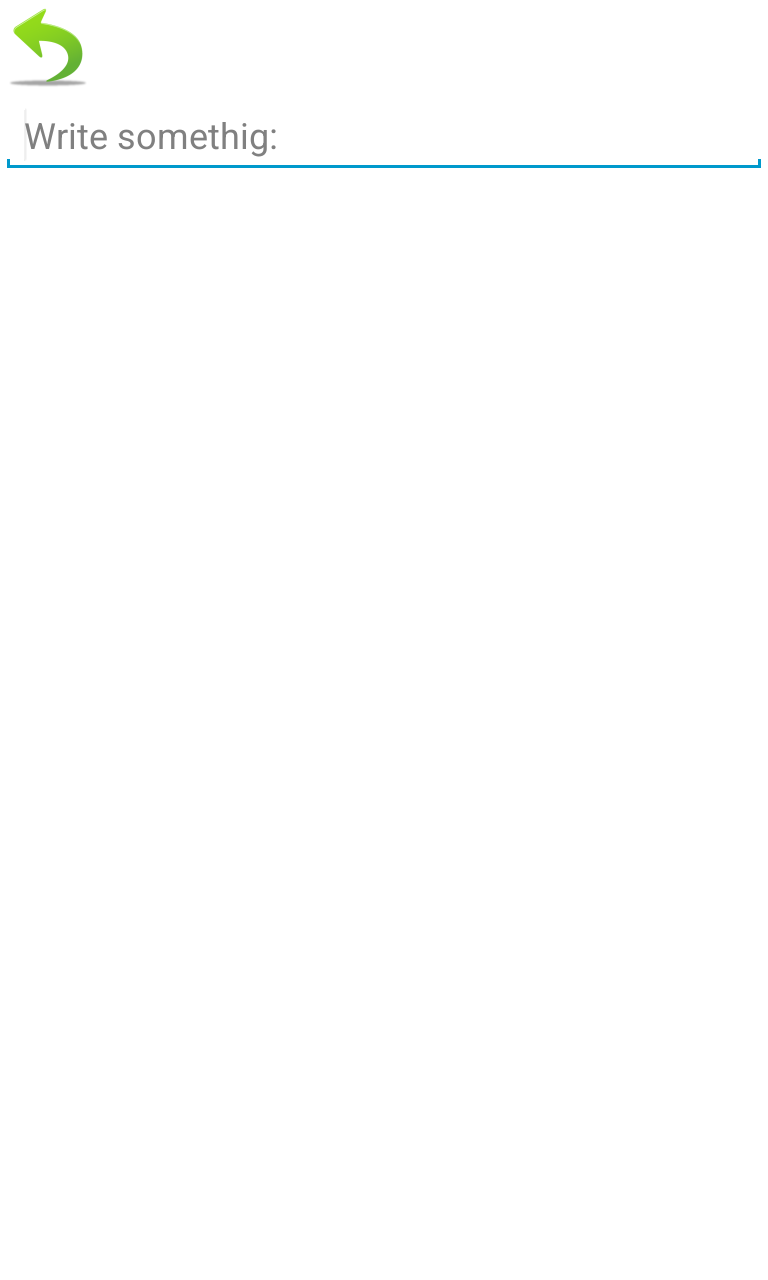
Repository: gabr/workspace
Layout: PierwszaAplikacja/res/layout/edit_text.xml
These files come from the project's save history. The layout is drawn as it stood at one moment and after the next save; the edit follows.
It is drawn on a 768 x 1280 px phone screen (xhdpi) without system bars, with theme AppTheme; the app's code is not run.

Above is the layout before, as saved 2013-01-01 10:14:13.

After the next save:
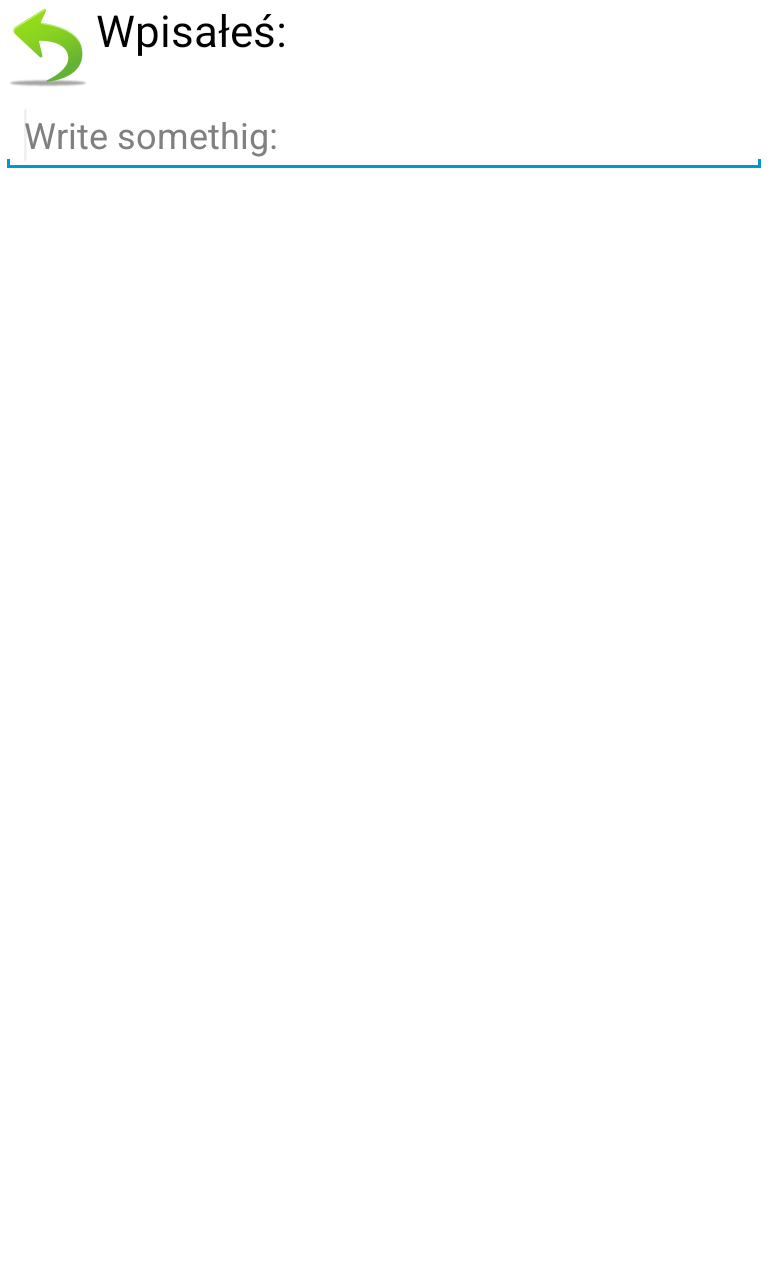
Saved 3 min 33 s later.
--- a/PierwszaAplikacja/res/layout/edit_text.xml
+++ b/PierwszaAplikacja/res/layout/edit_text.xml
@@ -1,5 +1,6 @@
 <?xml version="1.0" encoding="utf-8"?>
-<LinearLayout xmlns:android="http://schemas.android.com/apk/res/android"
+<RelativeLayout xmlns:android="http://schemas.android.com/apk/res/android"
+    android:id="@+id/RelativeLayout1"
     android:layout_width="match_parent"
     android:layout_height="match_parent"
     android:orientation="vertical" >
@@ -8,6 +9,8 @@
         android:id="@+id/imageButtonBack"
         android:layout_width="wrap_content"
         android:layout_height="wrap_content"
+        android:layout_alignParentLeft="true"
+        android:layout_alignParentTop="true"
         android:background="#00000000"
         android:contentDescription="back_button"
         android:src="@drawable/ic_back" />
@@ -16,6 +19,8 @@
         android:id="@+id/editText1"
         android:layout_width="match_parent"
         android:layout_height="wrap_content"
+        android:layout_alignParentLeft="true"
+        android:layout_below="@+id/textView1"
         android:ems="10"
         android:hint="Write somethig:"
         android:inputType="textMultiLine" >
@@ -23,4 +28,15 @@
         <requestFocus />
     </EditText>
 
-</LinearLayout>
+    <TextView
+        android:id="@+id/textView1"
+        android:layout_width="wrap_content"
+        android:layout_height="wrap_content"
+        android:layout_alignBottom="@+id/imageButtonBack"
+        android:layout_alignParentRight="true"
+        android:layout_alignParentTop="true"
+        android:layout_toRightOf="@+id/imageButtonBack"
+        android:text="Wpisałeś: "
+        android:textAppearance="?android:attr/textAppearanceLarge" />
+
+</RelativeLayout>
